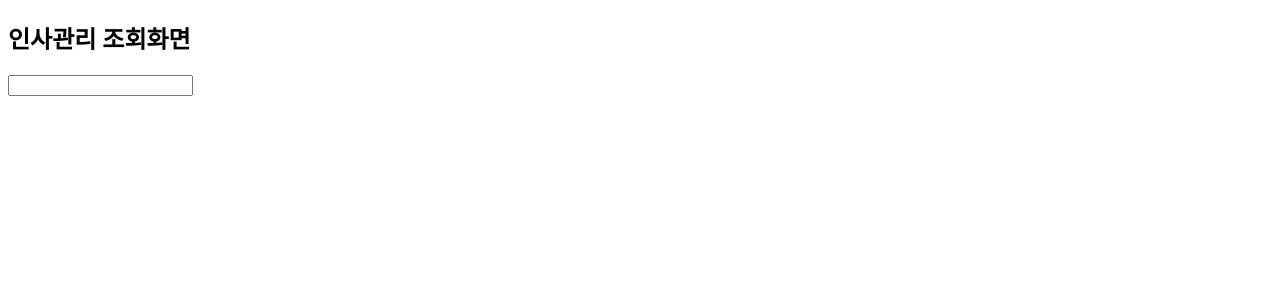
Repository: guguping/finalTestStudy
Page: test1/src/main/webapp/findMemberForm.html
An editor plug-in stored every save of this project. The page is shown before and after the next save, followed by the edit.
The browser window is 1280 px wide. The pictures show the whole page.

Above is the page before, as saved 2023-07-28 00:05:22.

After the next save:
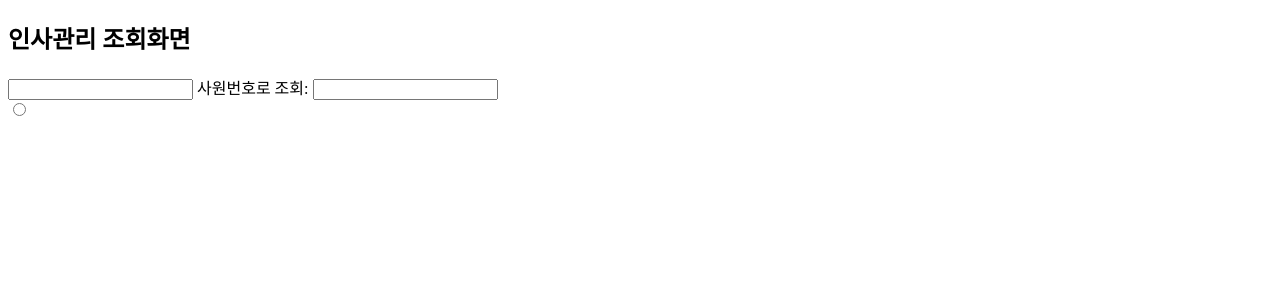
Saved 75 s later.
--- a/test1/src/main/webapp/findMemberForm.html
+++ b/test1/src/main/webapp/findMemberForm.html
@@ -8,6 +8,8 @@
 	<h2>인사관리 조회화면</h2>
 	<form action="findMember.jsp" method="get">
 		<input type=" value="id" name="searchType">
+		사원번호로 조회: <input type="text" name="idValue"><br>
+		<input type="radio" name="saerchType">
 	</form>
 </body>
 </html>
